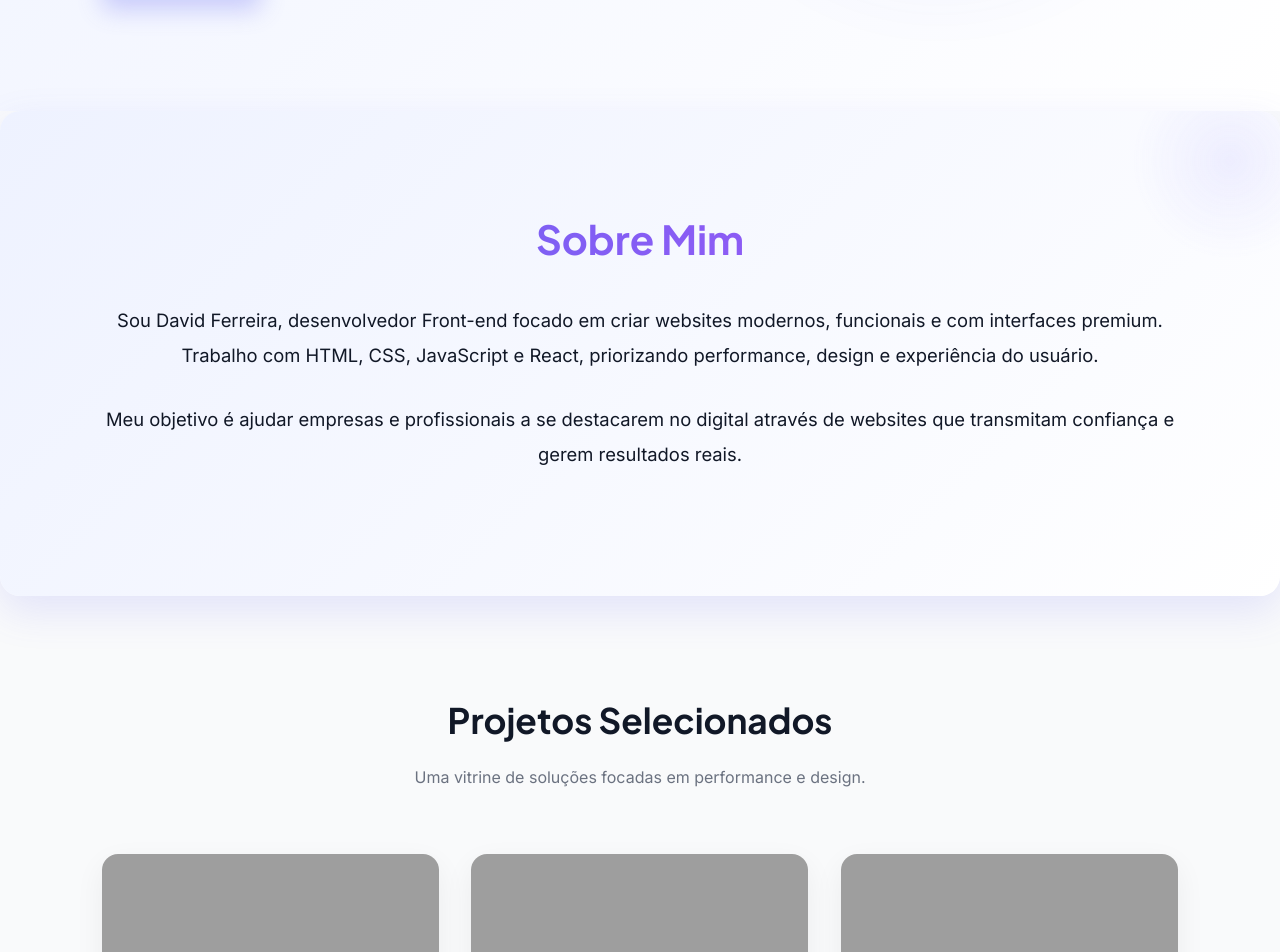
Repository: davidfsillva/David_Ferreira
Page: index.html
An editor plug-in stored every save of this project. The page is shown before and after the next save, followed by the edit.
The browser window is 1280 px wide. The pictures show the part of the page from y = 609 to 1561 px (the page is 2789 px tall before and 2824 px after).
Pictures or frames that could not be fetched are drawn as grey boxes.

Above is the page before, as saved 2026-02-11 12:03:16.
Console error: TypeError: Cannot read properties of null (reading 'addEventListener')

After the next save:
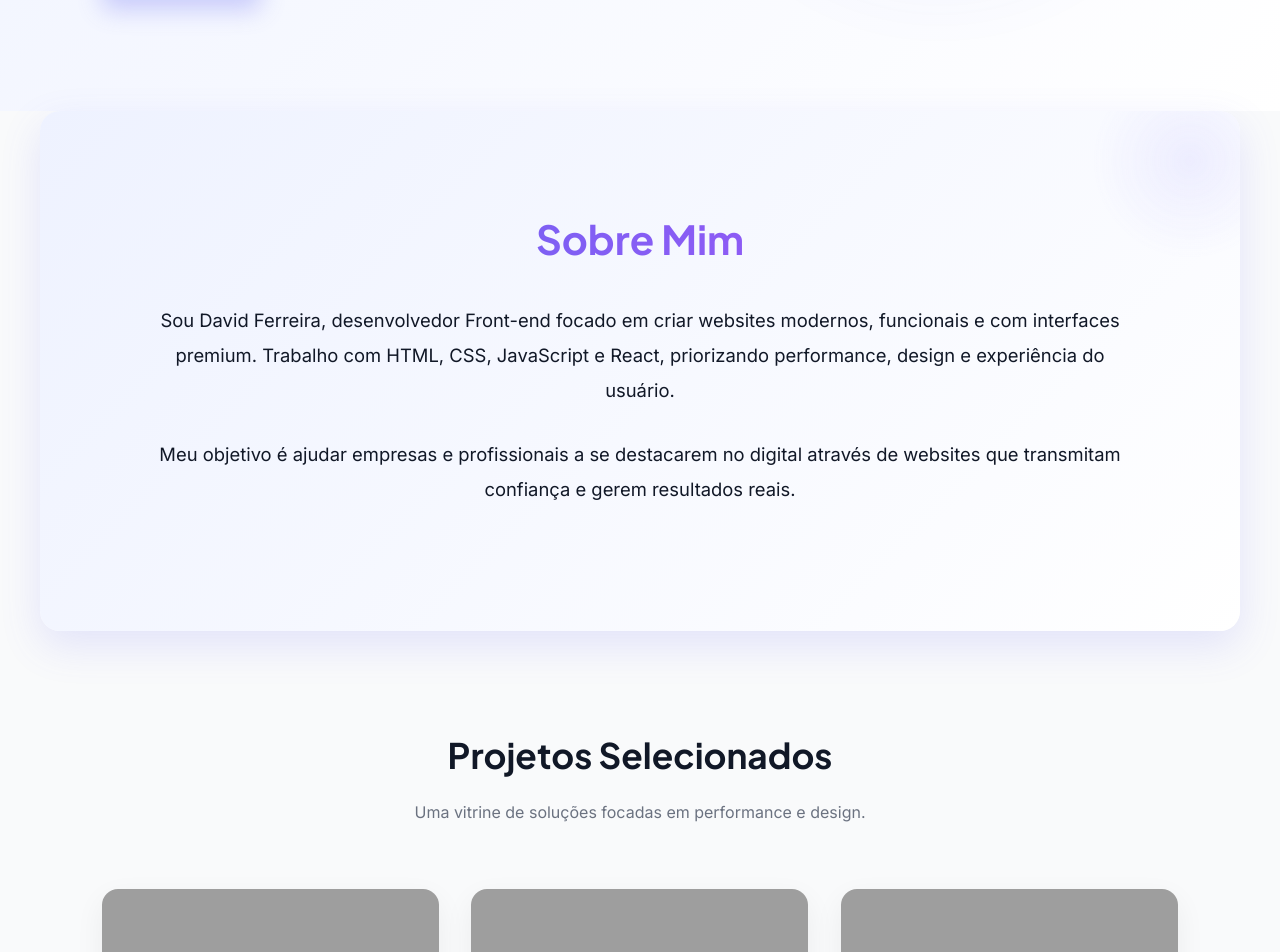
Saved 23 s later.
--- a/style.css
+++ b/style.css
@@ -207,7 +207,7 @@ body {
 
 #about {
   text-align: center;
-  max-width: 1300px; /* ocupa mais largura sem ficar exagerado */
+  max-width: 1200px; /* ocupa mais largura sem ficar exagerado */
   margin: 0 auto;
   padding: 6rem 8%;
   background: linear-gradient(135deg, #eef2ff 0%, #ffffff 100%); /* combina com hero */
